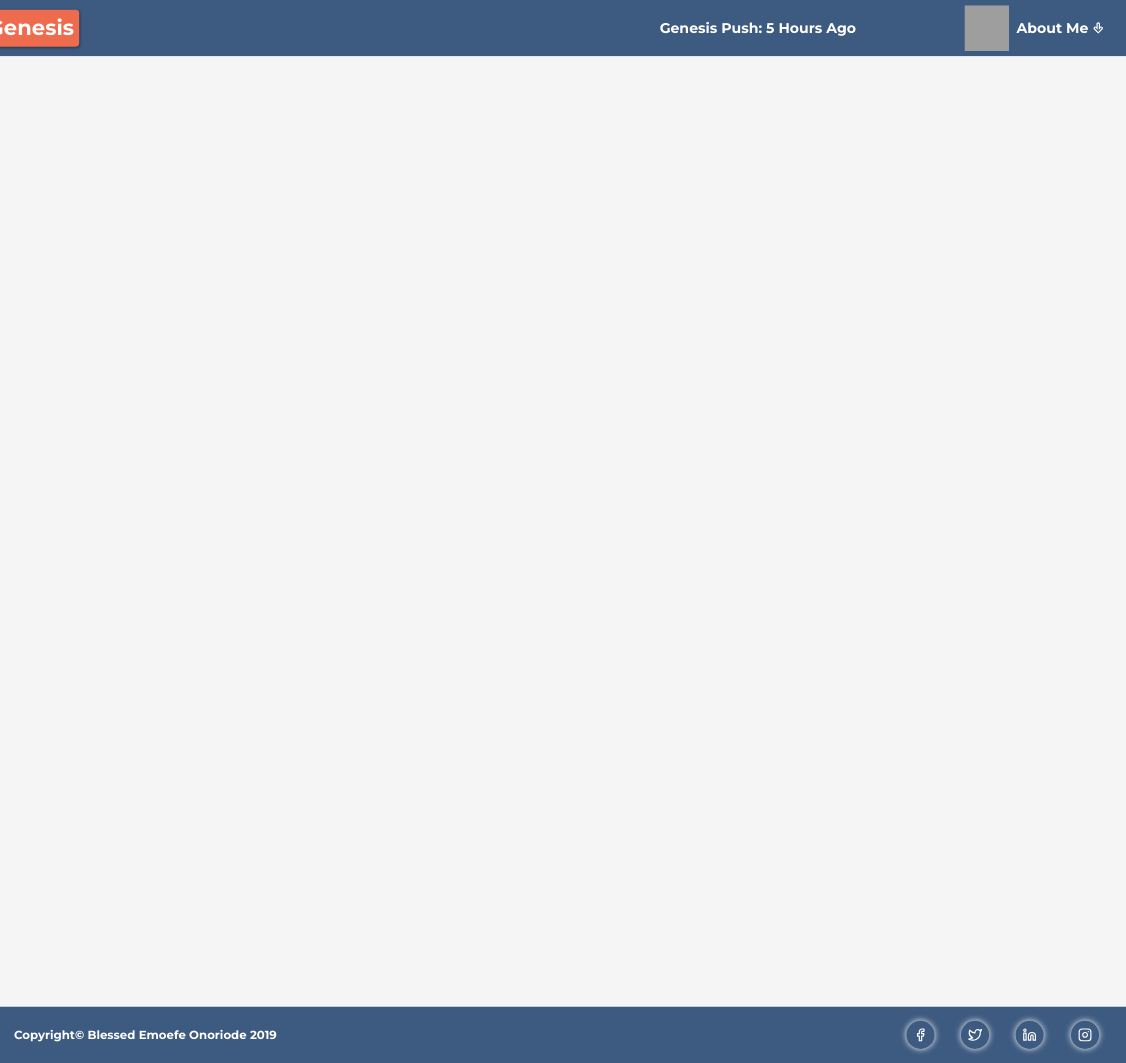
Repository: BlessedEmoefe/github-genesis
Page: /
These files come from the project's save history. The page is drawn as it stood at one moment and after a run of saves; the edit follows.
The browser window is 1280 px wide. The pictures show the whole page, at 88% of full size.
Pictures or frames that could not be fetched are drawn as grey boxes. The project was rebuilt for these pictures with package versions that can differ from the ones it lists, and the page was loaded fresh each time.

Above is the page before, as saved 2021-03-24 14:31:26.

### public/index.html
<!DOCTYPE html>
<html lang="en">
  <head>
    <meta charset="utf-8" />
    <link rel="icon" href="%PUBLIC_URL%/circle-cropped.png" />
    <meta name="viewport" content="width=device-width, initial-scale=1" />
    <meta name="theme-color" content="#000000" />
    <meta
      name="description"
      content="Web site created using create-react-app"
    />
    <link rel="apple-touch-icon" href="%PUBLIC_URL%/logo192.png" />
   <link rel="preconnect" href="https://fonts.gstatic.com">
<link href="https://fonts.googleapis.com/css2?family=Montserrat:wght@300;400;500;600;700;900&display=swap" rel="stylesheet">

    <link rel="manifest" href="%PUBLIC_URL%/manifest.json" />

    <title>React App</title>
  </head>
  <body>
    <noscript>You need to enable JavaScript to run this app.</noscript>
    <div id="root"></div>

  </body>
</html>

### src/index.js
import React from 'react';
import ReactDOM from 'react-dom';
import './index.css';
import Home from './pages/home';

ReactDOM.render(
  <React.StrictMode>
    <Home/>
  </React.StrictMode>,
  document.getElementById('root')
);

### src/index.css
body {
  margin: 0;
  font-family: 'Montserrat', sans-serif;
}
*{
  box-sizing:border-box;

}
p, b, h1, h2, h3, h4, h5, h6, span, div{
margin:0;
padding:0;
}

code {
font-family: 'Montserrat', sans-serif;
}

### src/pages/home/index.jsx
import React from "react";
import Body from "../../component/body";
import Footer from "../../component/footer";
import Header from "../../component/header";
import { HomeStyles } from "./styles";

const Home = () => {

  return (
    <HomeStyles>
      <Header />
      <Body />
      <Footer />
    </HomeStyles>
  );
};

export default Home;

### src/component/body/index.jsx
import React from 'react';
import { BodyStyles } from "./styles";

const Body = () => {
  return (
    <BodyStyles>

    </BodyStyles>
  )
}

export default Body;

### src/component/footer/index.jsx
import React from "react";
import { FooterStyles } from "./styles";
import {
  FiFacebook as Facebook,
  FiTwitter as Twitter,
  FiLinkedin as LinkedIn,
  FiInstagram as Instagram
} from "react-icons/fi";

const Footer = () => {
  const socialData = [
    { name: "facebook", icon: <Facebook />, url: "#" },
    { name: "twitter", icon: <Twitter />, url: "#" },
    { name: "linkedIn", icon: <LinkedIn />, url: "#" },
    { name: "instagram", icon: <Instagram />, url: "#" }
  ];
  return (
    <FooterStyles>
      <div className="copyright">
        <small>Copyright© Blessed Emoefe Onoriode 2019</small>
      </div>
      <div className="socialMedia">
        {socialData.map(({ name, icon, url }) => (
          <div className="socialcontainer" name={name}>{icon}</div>
        ))}
      </div>
    </FooterStyles>
  );
};

export default Footer;

### src/component/header/index.jsx
import React, { useState, useEffect } from "react";
import Profile from "../profile";
import { HeaderStyles } from "./styles";

const Header = () => {
  const [timer, setTimer] = useState(0);

  useEffect(() => {
    const Interval = setInterval(() => {
      setTimer((timer) => timer + 1);
    }, 1000);
    return () => {
      clearInterval(Interval);
    };
  }, []);
  return (
    <HeaderStyles>
      <div className="headerTitle">
        <h2>My GitHub Genesis</h2>
      </div>
      <div className="timer">
        <b>
          Genesis Push: {timer} <span>Hours Ago</span>
        </b>
      </div>
      <Profile/>
    </HeaderStyles>
  );
}

export default Header;

### src/pages/home/styles.js
import styled from "styled-components";

export const HomeStyles = styled.div`
  background: whitesmoke;
  width: 100%;
  height: 100vh;
  margin: 0;
`;

### src/component/body/styles.js
import styled from "styled-components";

export const BodyStyles = styled.div`
background:whitesmoke;
width:100%;
height:150vh;
`

### src/component/footer/styles.js
import styled from "styled-components";
import { color } from '../../config/colors';

export const FooterStyles = styled.div`
  background: ${color.primary};
  width: 100%;
  height: max-content;
  display: flex;
  justify-content: space-between;
  align-items: center;
  padding: 1rem 1rem;
  margin: 0;
  color: white;

  .copyright {
    /* background: red; */
    small {
      font-weight: bolder;
      cursor: pointer;
    }
  }
  .socialMedia {
    cursor: pointer;
    display: flex;
    justify-content: space-around;
    align-items: center;
    width: 20%;

    .socialcontainer {
      border-radius: 50%;
      -webkit-box-shadow: 0px 0px 7px 0px rgba(255, 255, 255, 1);
      -moz-box-shadow: 0px 0px 7px 0px rgba(255, 255, 255, 1);
      box-shadow: 0px 0px 7px 0px rgba(255, 255, 255, 1);
      width: max-content;
      height: max-content;
      padding: 0.5rem;
      display: flex;
      justify-content: space-around;
      align-items: center;
    }
  }
`;

### src/component/profile/index.jsx
import React,{useState} from 'react';
import { ProfileStyles } from "./styles";
import ProfileImage from "../../assets/ProfileImage.png";
import {
  TiArrowDownOutline as ArrowDown,
  TiArrowUpOutline as ArrowUp
} from "react-icons/ti";
import { CgUserlane as BiographyIcon } from "react-icons/cg";
import { FiGithub as GithubGenesisIcon } from "react-icons/fi";
import { SiGithubactions as GitStatusIcon } from "react-icons/si";
import { AiOutlineAndroid as MyWorksIcon } from "react-icons/ai";
import { IoIosContact as ContactIcon } from "react-icons/io";

const Profile = () => {
  const [isOpen, setIsOpen] = useState(false);

  const OpenProfileModal =()=> {
    setIsOpen(isOpen=>!isOpen)
  }

  const profileData = [
    { icon: <GithubGenesisIcon />, name: "Github Genesis", url: "#" },
    { icon: <BiographyIcon />, name: "Short Biography", url: "#" },
    { icon: <GitStatusIcon />, name: "My Git Status", url: "#" },
    { icon: <MyWorksIcon />, name: "My Works", url: "#" },
    { icon: <ContactIcon />, name: "Contact", url: "#" },
  ];
  return (
    <ProfileStyles>
      <div className="imageContainer">
        <img src={ProfileImage} alt="profileimg" width="100%" height="100%" />
      </div>
      <div className="profileTextAndIcon" onClick={OpenProfileModal}>
        <b>About Me</b>
        {isOpen ? <ArrowUp /> : <ArrowDown />}
      </div>
      <div className="profileContentContainer">
        {profileData.map(({icon,name,url }) => (
          <div className="profileContent">

          </div>
        ))}
      </div>
    </ProfileStyles>
  );
}

export default Profile;

### src/component/header/styles.js
import styled from "styled-components";
import {color} from "../../config/colors"

export const HeaderStyles = styled.div`
    display: flex;
    justify-content: flex-end;
    align-items: center;
    width: 100%;
    height: max-content;
    background: ${color.primary};
    padding: 0.4rem 1.5rem;
    color:white;

    .headerTitle {
      font-size: 1rem;
      font-weight: 500;
      width: max-content;
      height: max-content;
      padding: 0.4rem;
      background: ${color.secondary};
      border-radius: 4px;
      box-shadow: 1px 1px 3px rgba(0, 0, 0, 0.3), 0 1px 3px rgba(0, 0, 0, 0.2);
      display: flex;
      position: absolute;
      left: -12.5%;
      transition: 0.6s ease-out;
      :hover {
        left: 0%;
        transition: 0.6s ease-in;
      }
    }
    .about {
      font-size: 1rem;
      font-weight: 700;
      font-family: inherit;
    }
    .timer {
      font-size: 1rem;
      font-weight: 700;
    }

`;

### src/config/colors/index.jsx
/*This is the color component for the app. Theming and color variations should live here */
export const color = {
  primary: "#3D5A80",
  secondary: "#EE6C4D",
  tertiary: "#293241",
  background: "#98C1D9",
  text: "#060B0F",
};

### src/component/profile/styles.js
import styled from "styled-components";

export const ProfileStyles = styled.div`
  height: 100%;
  width: max-content;
  display: flex;
  justify-content: space-around;
  align-items: center;
  flex-wrap: wrap;
  margin-left: 10%;

  .imageContainer {
    height: 3.2rem;
    width: 3.2rem;
    border-radius: 50%;
    cursor: pointer;
  }
  .profileTextAndIcon {
    display: flex;
    justify-content: space-around;
    align-items: center;
    flex-wrap: nowrap;
    margin-left: 0.5rem;
    cursor: pointer;
    b {
      font-size: 1rem;
      margin-right: 0.2rem;
    }
  }
  .profileContentContainer {
    width: 20%;
    background: red;
    position: absolute;
    right: 0;
    top: 4.5rem;
    border-radius: 3rem;
    display: flex;
    flex-direction:column;
    justify-content: space-between;
    align-items: center;
  }
`;

After the next 3 saves:
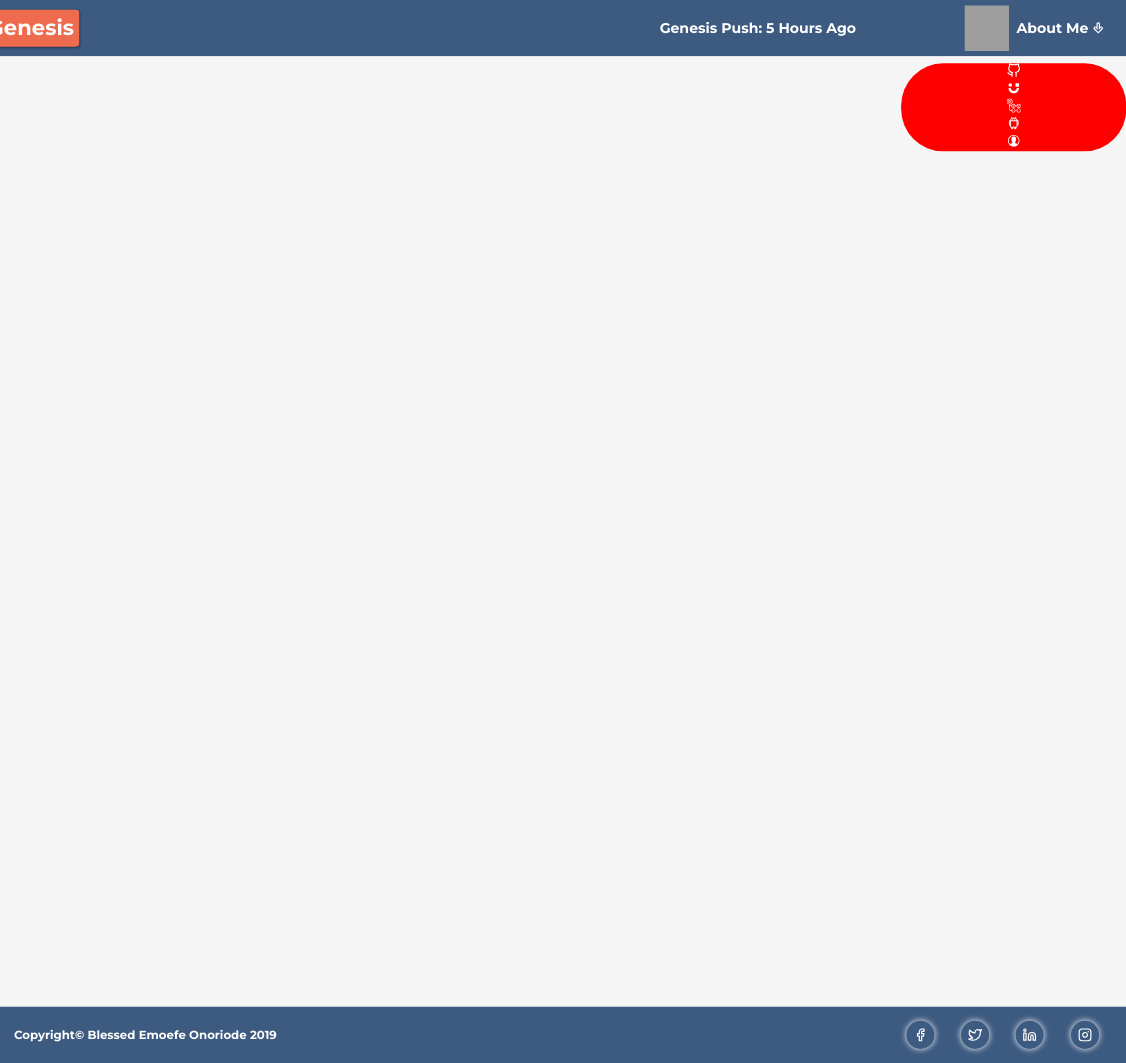
The 3 saves are shown as one change because they came seconds apart.
The last was saved 3 min 30 s later.
--- a/src/component/profile/index.jsx
+++ b/src/component/profile/index.jsx
@@ -37,7 +37,7 @@ const Profile = () => {
       <div className="profileContentContainer">
         {profileData.map(({icon,name,url }) => (
           <div className="profileContent">
-
+            {icon}
           </div>
         ))}
       </div>
